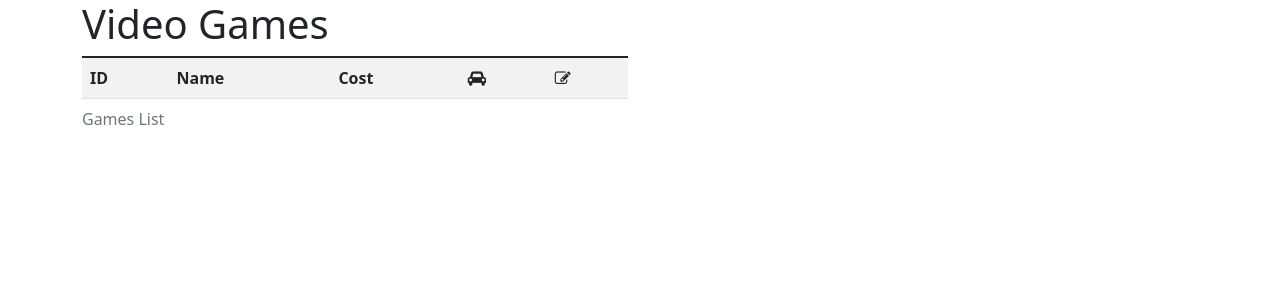
Repository: teban004/COMP1006---W2017
Page: http://localhost/
The author's editor kept a copy of each file at every save. The page is drawn from the files as they stood at one save, then again after the next save.
The browser window is 1280 px wide. The pictures show the whole page.
The page is run by PHP 8.4 with error messages shown; the project is at /var/www/html/. Queries for data that is not in the repository find no rows.

Above is the page before, as saved 2022-01-04 17:57:07.

After the next save:
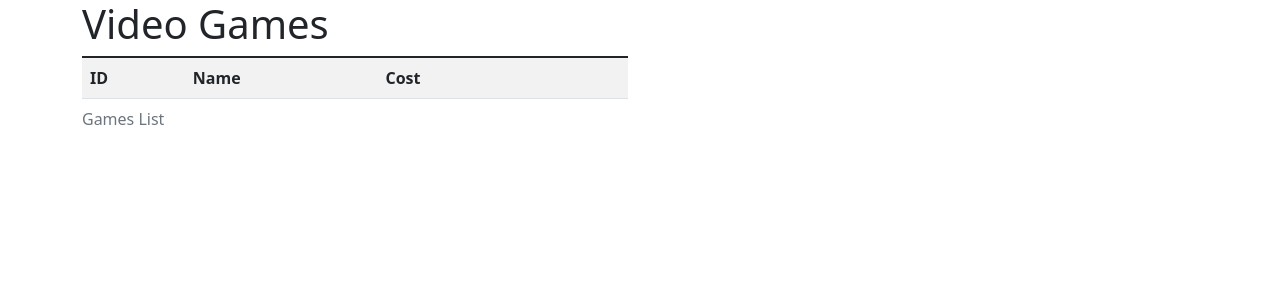
Saved 23 s later.
--- a/index.php
+++ b/index.php
@@ -44,8 +44,8 @@
                         <th>ID</th>
                         <th>Name</th>
                         <th>Cost</th>
-                        <th><i class="fa fa-car"></i></th>
-                        <th><i class="fa fa-pencil-square-o"></i></th>
+                        <th></th>
+                        <th></th>
                     </tr>
 
                 <?php
